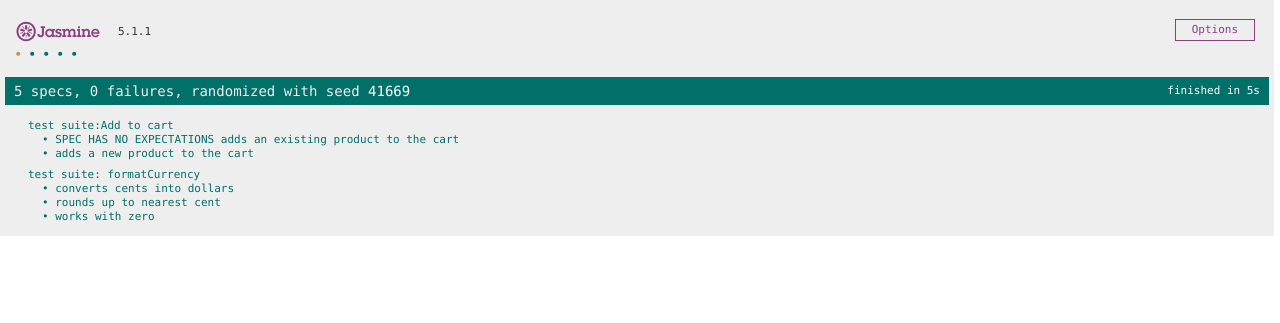
Repository: Srikeerthi05/Amazon-project
Page: tests-jasmine/tests.html
These files come from the project's save history. The page is drawn as it stood at one moment and after the next save; the edit follows.
The browser window is 1280 px wide. The pictures show the whole page.

Above is the page before, as saved 2025-05-25 13:41:25.

### tests-jasmine/tests.html
<!DOCTYPE html>
<html>
<head>
  <meta charset="utf-8">
  <title>Jasmine Spec Runner v5.1.1</title>

  <link rel="shortcut icon" type="image/png" href="lib/jasmine-5.1.1/jasmine_favicon.png">
  <link rel="stylesheet" href="lib/jasmine-5.1.1/jasmine.css">

  <script src="lib/jasmine-5.1.1/jasmine.js"></script>
  <script src="lib/jasmine-5.1.1/jasmine-html.js"></script>
  <script src="lib/jasmine-5.1.1/boot0.js"></script>
  <!-- optional: include a file here that configures the Jasmine env -->
  <script src="lib/jasmine-5.1.1/boot1.js"></script>


  <script src="utils/moneyTest.js" type="module"></script>
  <script src="data/cartTest.js" type="module"></script>

</head>

<body>
</body>
</html>

### tests-jasmine/utils/moneyTest.js
import {formatCurrency} from '../../scripts/utils/money.js';

describe('test suite: formatCurrency',()=>{
    it('converts cents into dollars',()=>{
        expect(formatCurrency(2095)).toEqual('20.95');
    })
    it('works with zero',()=>{
        expect(formatCurrency(0)).toEqual('0.00');
    })
    it('rounds up to nearest cent',()=>{
        expect(formatCurrency(2000.5)).toEqual('20.01');
    })
})

### tests-jasmine/data/cartTest.js
import {addToCart,cart, loadFromStorage} from '../../data/cart.js';

describe('test suite:Add to cart',()=>{
    it('adds an existing product to the cart',()=>{

    });

    it('adds a new product to the cart',()=>{
        spyOn(localStorage,'setItem');


        spyOn(localStorage,'getItem').and.callFake(()=>{
            return JSON.stringify([]);
        });

        loadFromStorage();

        addToCart('e43638ce-6aa0-4b85-b27f-e1d07eb678c6');
        expect(cart.length).toEqual(1);
        expect(localStorage.setItem).toHaveBeenCalledTimes(1);
        expect(cart[0].productId)
    });


});

### scripts/utils/money.js
export  function formatCurrency(priceCents){
    return (Math.round(priceCents)/100).toFixed(2);
}
export default formatCurrency;

### data/cart.js
export let cart;

loadFromStorage()
export function loadFromStorage(){

     cart=JSON.parse(localStorage.getItem('cart'));

if(!cart){
    cart=[{
   productId:'e43638ce-6aa0-4b85-b27f-e1d07eb678c6',
   quantity:2,
   deliveryOptionId:'1'
},{
    productId:'15b6fc6f-327a-4ec4-896f-486349e85a3d',
    quantity: 1,
    deliveryOptionId:'2'
}
];

}
}

function saveToStorage(){
    localStorage.setItem('cart',JSON.stringify(cart));
}




export function addToCart(productId){
     let matchingItem;

     cart.forEach((cartItem)=>{
      if(productId===cartItem.productId){
        matchingItem=cartItem;
      }
     });;
     if(matchingItem){
      matchingItem.quantity+=1;
     }
     else{
      cart.push({
      productId: productId,
      quantity: 1,
      deliveryOptionId:'1'
     });
     }

     saveToStorage();

}

export function removeFromCart(productId){
    const newCart=[];
    cart.forEach((cartItem)=>{
        if(cartItem.productId!==productId){
            newCart.push(cartItem);
        }
    });

    cart =newCart;

    saveToStorage();
}

export function updateDeliveryOption(productID, deliveryOptionId){
    let matchingItem;

     cart.forEach((cartItem)=>{
      if(productID===cartItem.productId){
        matchingItem=cartItem;
      }
     });


     matchingItem.deliveryOptionId=deliveryOptionId;
     saveToStorage();
}

Loaded but not shown: tests-jasmine/lib/jasmine-5.1.1/jasmine.css (library); tests-jasmine/lib/jasmine-5.1.1/jasmine.js (library); tests-jasmine/lib/jasmine-5.1.1/jasmine-html.js (library); tests-jasmine/lib/jasmine-5.1.1/boot0.js (common file); tests-jasmine/lib/jasmine-5.1.1/boot1.js (library)

After the next save:
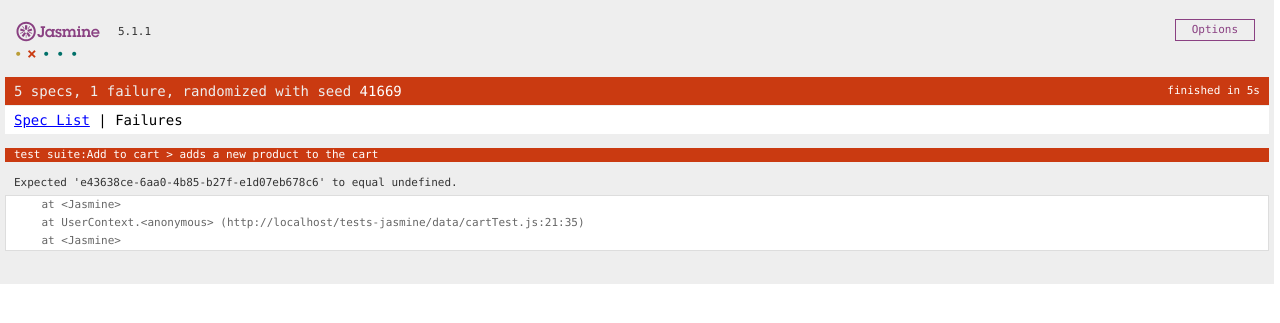
Saved 4 s later.
--- a/tests-jasmine/data/cartTest.js
+++ b/tests-jasmine/data/cartTest.js
@@ -18,7 +18,7 @@
         addToCart('e43638ce-6aa0-4b85-b27f-e1d07eb678c6');
         expect(cart.length).toEqual(1);
         expect(localStorage.setItem).toHaveBeenCalledTimes(1);
-        expect(cart[0].productId)
+        expect(cart[0].productId).toEqual()
     });
 
 
